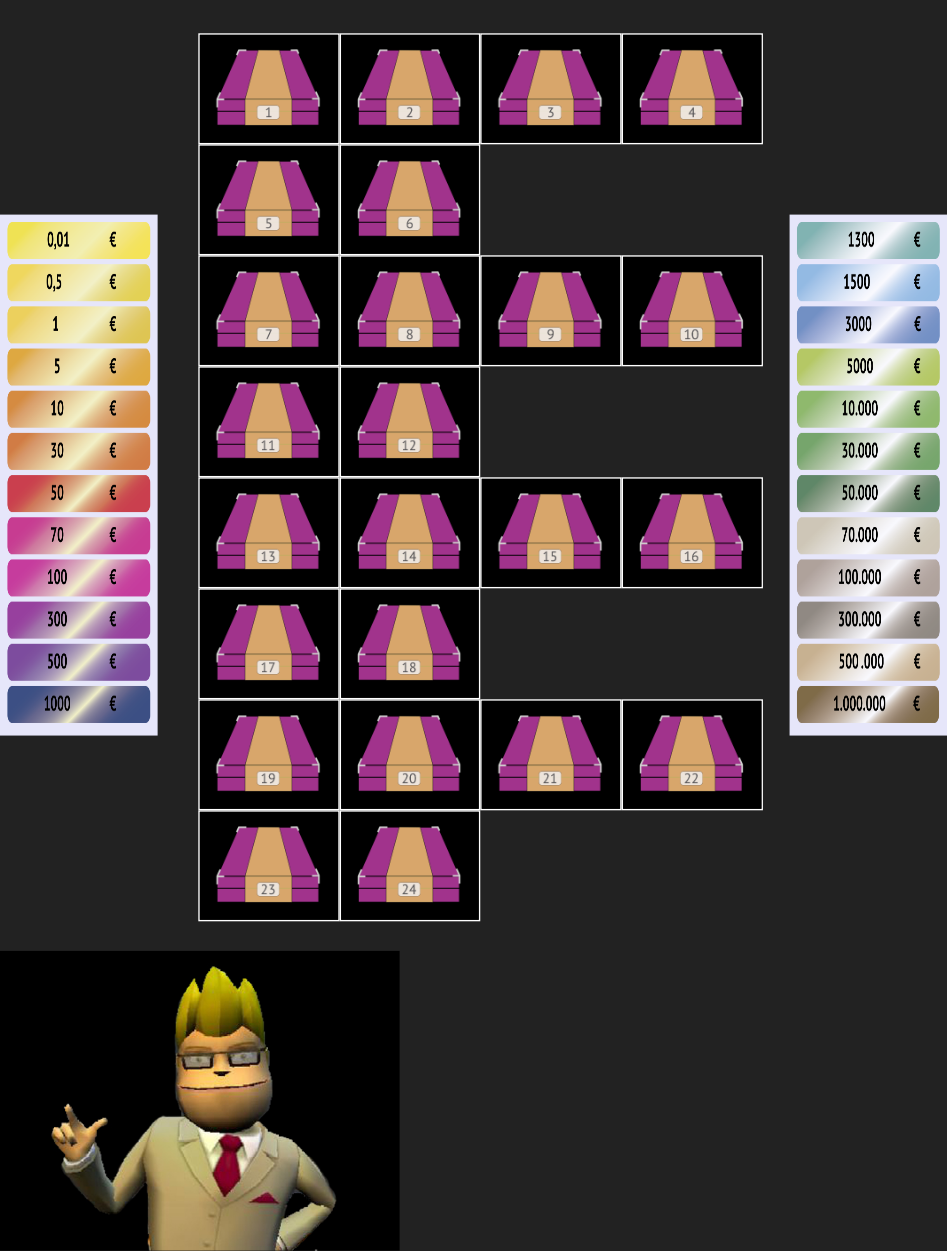
Repository: elnacp/Deal_or_no_deal
Page: DealOrNoDeal/index.html
An editor plug-in stored every save of this project. The page is shown before and after the next save, followed by the edit.
The browser window is 1280 px wide. The pictures show the whole page, at 74% of full size.
Some web libraries are served in a nearby version.

Above is the page before, as saved 2017-11-27 17:18:39.

### DealOrNoDeal/index.html
<!DOCTYPE html>
<html>
<head>
    <meta charset="utf-8" />
    <meta name="viewport" content="width=device-width, initial-scale=1.0, maximum-scale=1.0">
    <meta name="description" content="Tizen TV basic template generated by Samsung TV Web IDE"/>

    <title>Tizen TV Web IDE - Tizen TV - Tizen TV basic Application</title>

	<!-- jQuery library -->
	<script src="https://ajax.googleapis.com/ajax/libs/jquery/3.1.1/jquery.min.js"></script>
    <link rel="stylesheet" href="https://maxcdn.bootstrapcdn.com/bootstrap/4.0.0-beta.2/css/bootstrap.min.css" integrity="sha384-PsH8R72JQ3SOdhVi3uxftmaW6Vc51MKb0q5P2rRUpPvrszuE4W1povHYgTpBfshb" crossorigin="anonymous">
    <script src="https://code.jquery.com/jquery-3.2.1.slim.min.js" integrity="sha384-KJ3o2DKtIkvYIK3UENzmM7KCkRr/rE9/Qpg6aAZGJwFDMVNA/GpGFF93hXpG5KkN" crossorigin="anonymous"></script>
    <script src="https://cdnjs.cloudflare.com/ajax/libs/popper.js/1.12.3/umd/popper.min.js" integrity="sha384-vFJXuSJphROIrBnz7yo7oB41mKfc8JzQZiCq4NCceLEaO4IHwicKwpJf9c9IpFgh" crossorigin="anonymous"></script>
    <script src="https://maxcdn.bootstrapcdn.com/bootstrap/4.0.0-beta.2/js/bootstrap.min.js" integrity="sha384-alpBpkh1PFOepccYVYDB4do5UnbKysX5WZXm3XxPqe5iKTfUKjNkCk9SaVuEZflJ" crossorigin="anonymous"></script>
    <link rel="stylesheet" type="text/css" href="css/style.css"/>
    <script src="js/main.js"></script>
</head>

<body>

	<div class = "container-fluid">
		<div class="row">
   			<div class="col-md-2">

					<input type="image"  id ="prizes" src="./img/prizes/0,01.png"   />
					<input type="image"  id ="prizes" src="./img/prizes/0,5.png"   />
					<input type="image"  id ="prizes" src="./img/prizes/1.png"  	/>
					<input type="image"  id ="prizes" src="./img/prizes/5.png"  	/>
					<input type="image"  id ="prizes" src="./img/prizes/10.png"     />
					<input type="image"  id ="prizes" src="./img/prizes/30.png"     />
					<input type="image"  id ="prizes" src="./img/prizes/50.png"     />
					<input type="image"  id ="prizes" src="./img/prizes/70.png"     />
					<input type="image"  id ="prizes" src="./img/prizes/100.png"    />
					<input type="image"  id ="prizes" src="./img/prizes/300.png"    />
					<input type="image"  id ="prizes" src="./img/prizes/500.png"    />
					<input type="image"  id ="prizes" src="./img/prizes/1000.png"    />


   			</div>
    		<div class="col-md-8">

    			<div id="chests" class= "row">
					<input type="image"  id ="image" src="./img/chests/1.png"  />
					<input type="image"  id ="image" src="./img/chests/2.png"  />
					<input type="image"  id ="image" src="./img/chests/3.png"  />
					<input type="image"  id ="image" src="./img/chests/4.png"  />
					<input type="image"  id ="image" src="./img/chests/5.png"  />
					<input type="image"  id ="image" src="./img/chests/6.png"  />
				</div>
				<div id="chests" class= "row">
					<input type="image"  id ="image" src="./img/chests/7.png"   />
					<input type="image"  id ="image" src="./img/chests/8.png"   />
					<input type="image"  id ="image" src="./img/chests/9.png"   />
					<input type="image"  id ="image" src="./img/chests/10.png"  />
					<input type="image"  id ="image" src="./img/chests/11.png"  />
					<input type="image"  id ="image" src="./img/chests/12.png"  />
				</div>
				<div id="chests" class= "row">
					<input type="image"  id ="image" src="./img/chests/13.png"  />
					<input type="image"  id ="image" src="./img/chests/14.png"  />
					<input type="image"  id ="image" src="./img/chests/15.png"  />
					<input type="image"  id ="image" src="./img/chests/16.png"  />
					<input type="image"  id ="image" src="./img/chests/17.png"  />
					<input type="image"  id ="image" src="./img/chests/18.png"  />
				</div>
				<div id="chests" class= "row">
					<input type="image"  id ="image" src="./img/chests/19.png"  />
					<input type="image"  id ="image" src="./img/chests/20.png"  />
					<input type="image"  id ="image" src="./img/chests/21.png"  />
					<input type="image"  id ="image" src="./img/chests/22.png"  />
					<input type="image"  id ="image" src="./img/chests/23.png"  />
					<input type="image"  id ="image" src="./img/chests/24.png"  />
				</div>

    		</div>
   		 	<div class="col-md-2">


					<input type="image"  id ="prizes" src="./img/prizes/1300.png"   />
					<input type="image"  id ="prizes" src="./img/prizes/1500.png"   />
					<input type="image"  id ="prizes" src="./img/prizes/3000.png"  	/>
					<input type="image"  id ="prizes" src="./img/prizes/5000.png"  	/>
					<input type="image"  id ="prizes" src="./img/prizes/10.000.png"     />
					<input type="image"  id ="prizes" src="./img/prizes/30.000.png"     />
					<input type="image"  id ="prizes" src="./img/prizes/50.000.png"     />
					<input type="image"  id ="prizes" src="./img/prizes/70.000.png"     />
					<input type="image"  id ="prizes" src="./img/prizes/100.000.png"    />
					<input type="image"  id ="prizes" src="./img/prizes/300.000.png"    />
					<input type="image"  id ="prizes" src="./img/prizes/500.000.png"    />
					<input type="image"  id ="prizes" src="./img/prizes/1.000.000.png"    />


   		 	</div>
 		 </div>

 		 <div class="row">
 		 		<input type="image" id="presenter" src="./img/banquero_propuesta.jpg"/>

 		  </div>
	</div>

</body>

</html>

### DealOrNoDeal/css/style.css
* {
    font-family: Verdana, Lucida Sans, Arial, Helvetica, sans-serif;
}

body {
    margin: 0px auto;
    background-color:#222;
}

/*.contents {
	display: flex;
	display: -webkit-flex;
	box-sizing: border-box;
	-webkit-box-sizing: border-box;
	height:320px;
}


.content_text {
	font-weight:bold;
	font-size:5em;
	color:#fff;
}*/

.col-md-2{
	margin: auto;
	border: none;
	padding: 10px;
	display: block;
	background-color:lavender;
}

.col-md-8{
	padding-left: 70px;
	padding-top: 45px;
	padding-bottom: 40px;
	text-align: center;
	/*background-color: red;*/
	margin: none;
	display: block;
}

#prizes{
	width: 100%;
	height:50px;
}

#image{

	max-width:200px;
	max-height:150px;
	border: 2px solid white;
}

#chests{

	margin: none;
	width: 100%;
}

### DealOrNoDeal/js/main.js

window.onload = function () {
    // TODO:: Do your initialization job

    // add eventListener for tizenhwkey
    document.addEventListener('tizenhwkey', function(e) {
        if(e.keyName == "back")
	try {
	    tizen.application.getCurrentApplication().exit();
	} catch (ignore) {
	}
    });



    // Sample code
    /*var textbox = document.querySelector('.contents');
    textbox.addEventListener("click", function(){
    	box = document.querySelector('#textbox');
    	box.innerHTML = box.innerHTML == "Basic" ? "Funciona" : "Basic";
    }); */


};

After the next save:
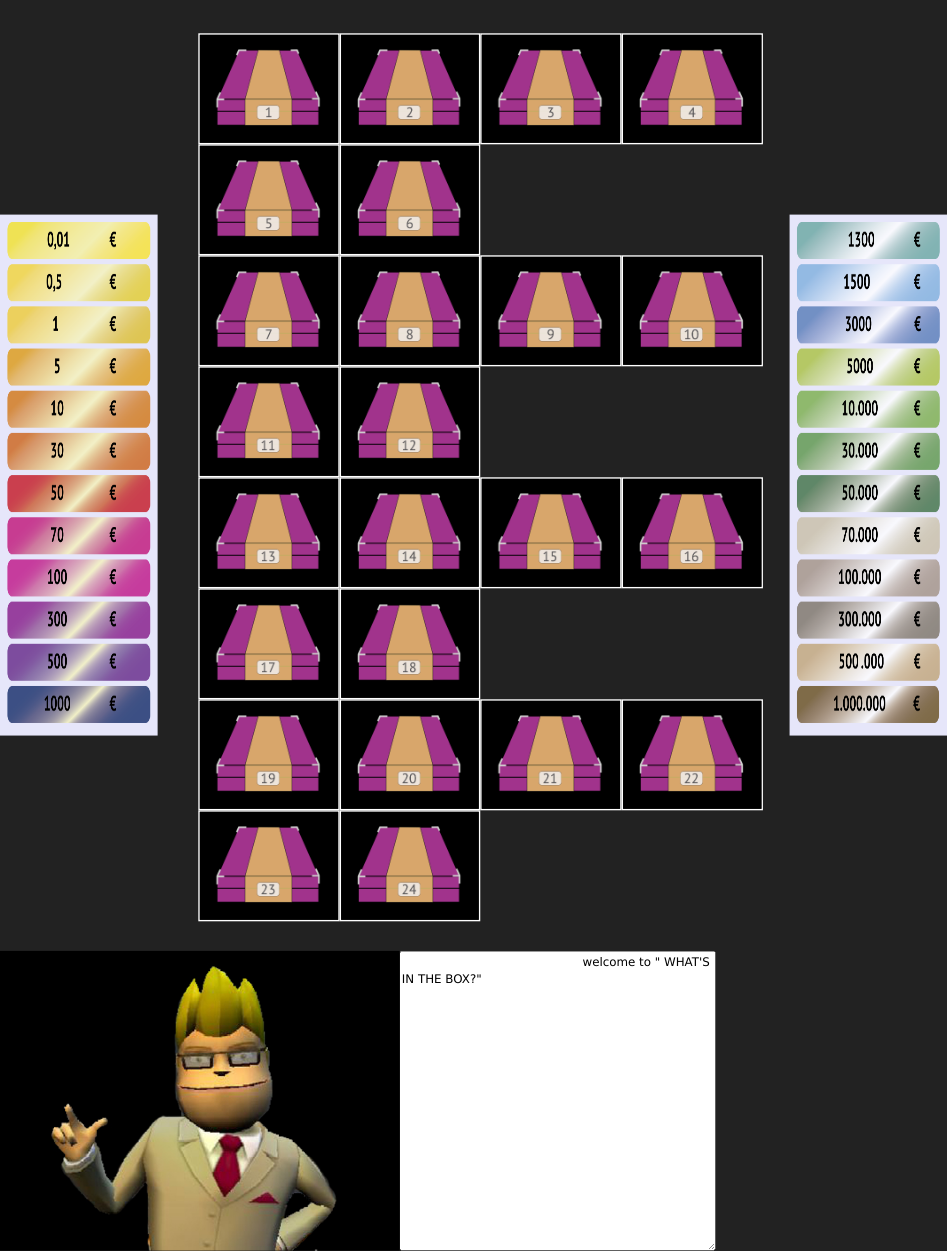
Saved 4 min 1 s later.
--- a/DealOrNoDeal/index.html
+++ b/DealOrNoDeal/index.html
@@ -96,7 +96,9 @@
 
  		 <div class="row">
  		 		<input type="image" id="presenter" src="./img/banquero_propuesta.jpg"/>
-
+ 		 		 <textarea rows="4" cols="50">
+						welcome to " WHAT'S IN THE BOX?"
+				</textarea>
  		  </div>
 	</div>
 

After the save that followed:
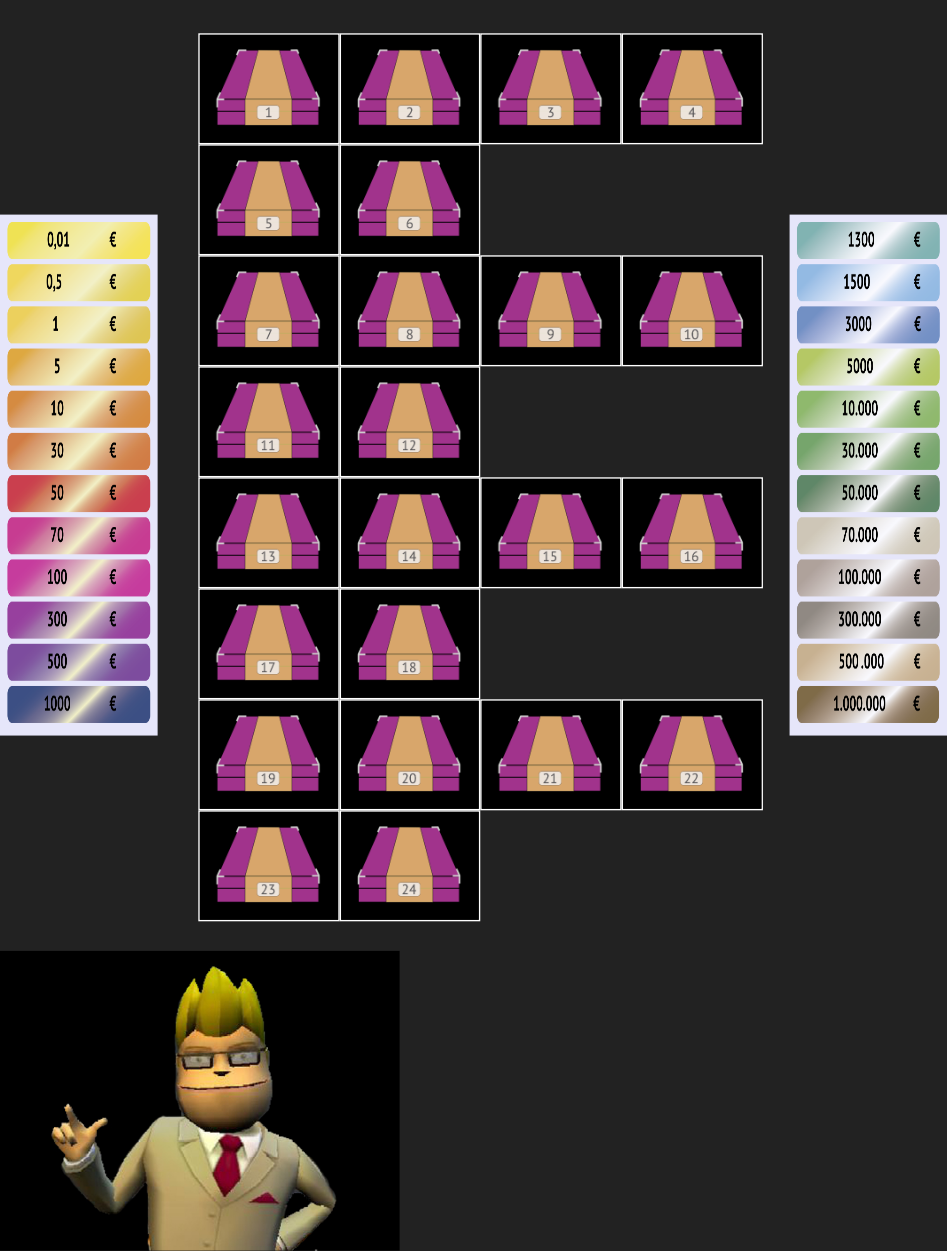
Saved 81 s later.
--- a/DealOrNoDeal/index.html
+++ b/DealOrNoDeal/index.html
@@ -95,10 +95,9 @@
  		 </div>
 
  		 <div class="row">
+ 		 		<div id="panel-presenter"></div>
  		 		<input type="image" id="presenter" src="./img/banquero_propuesta.jpg"/>
- 		 		 <textarea rows="4" cols="50">
-						welcome to " WHAT'S IN THE BOX?"
-				</textarea>
+
  		  </div>
 	</div>
 
